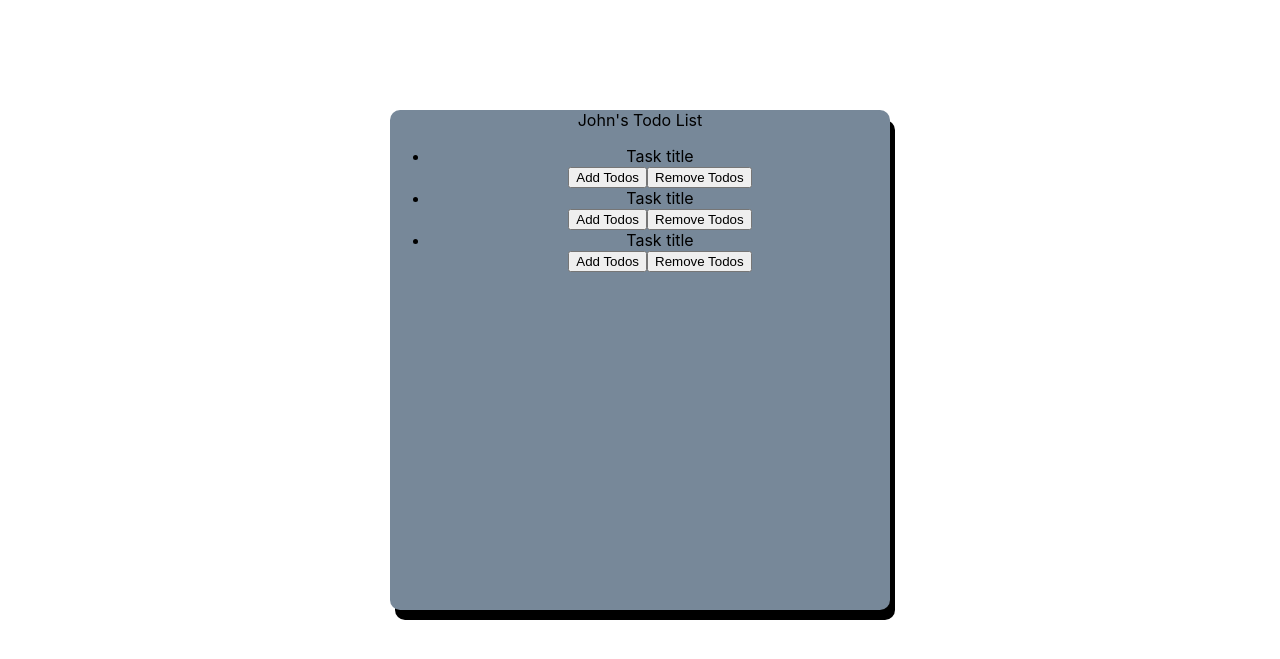
Repository: JohnKang0720/Simple-Todo-List
Page: /
These files come from the project's save history. The page is drawn as it stood at one moment and after a run of saves; the edit follows.
The browser window is 1280 px wide. The pictures show the whole page.
The project was rebuilt for these pictures with package versions that can differ from the ones it lists, and the page was loaded fresh each time.

Above is the page before, as saved 2021-05-24 21:47:21.

After the next 2 saves:
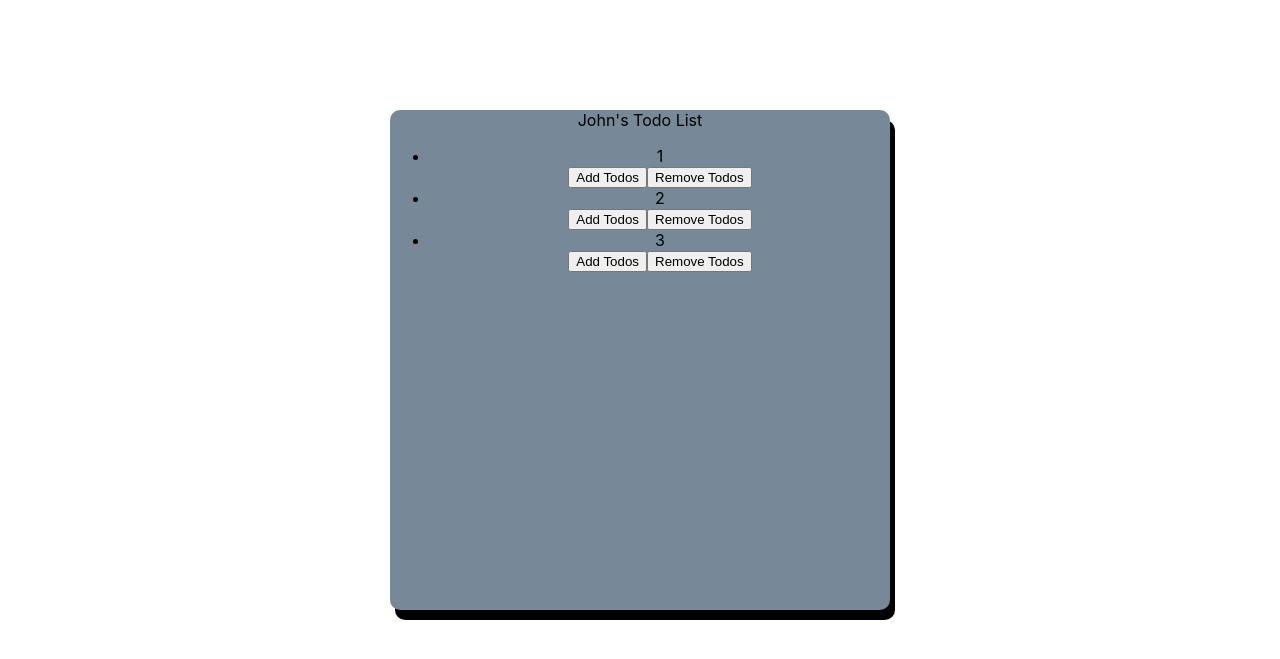
The 2 saves are shown as one change because 1 did not build or start.
The last was saved 56 s later.
--- a/src/List.js
+++ b/src/List.js
@@ -1,9 +1,9 @@
 import React from 'react'
 
-function List() {
+function List({task}) {
     return (
         <li>
-            <span> Task title</span>
+            <span> {task.id}</span>
             <div>
                 <button> Add Todos </button>
                 <button> Remove Todos </button>
